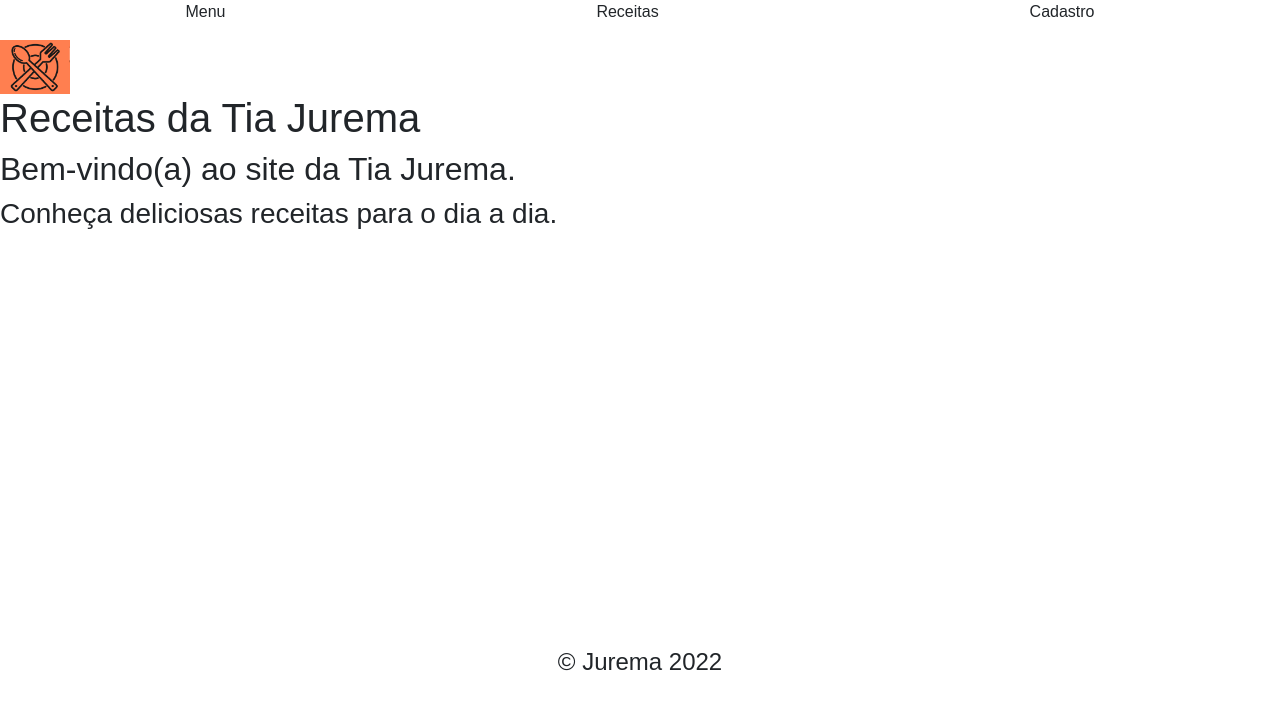
Repository: devropaes/RECEITAS
Page: OneDrive/Área de Trabalho/Estudos/Estácio/receitas/menu.html
An editor plug-in stored every save of this project. The page is shown before and after the next save, followed by the edit.
The browser window is 1280 px wide. The pictures show the whole page.
Some web libraries are served in a nearby version.

Above is the page before, as saved 2024-03-11 23:45:22.

After the next save:
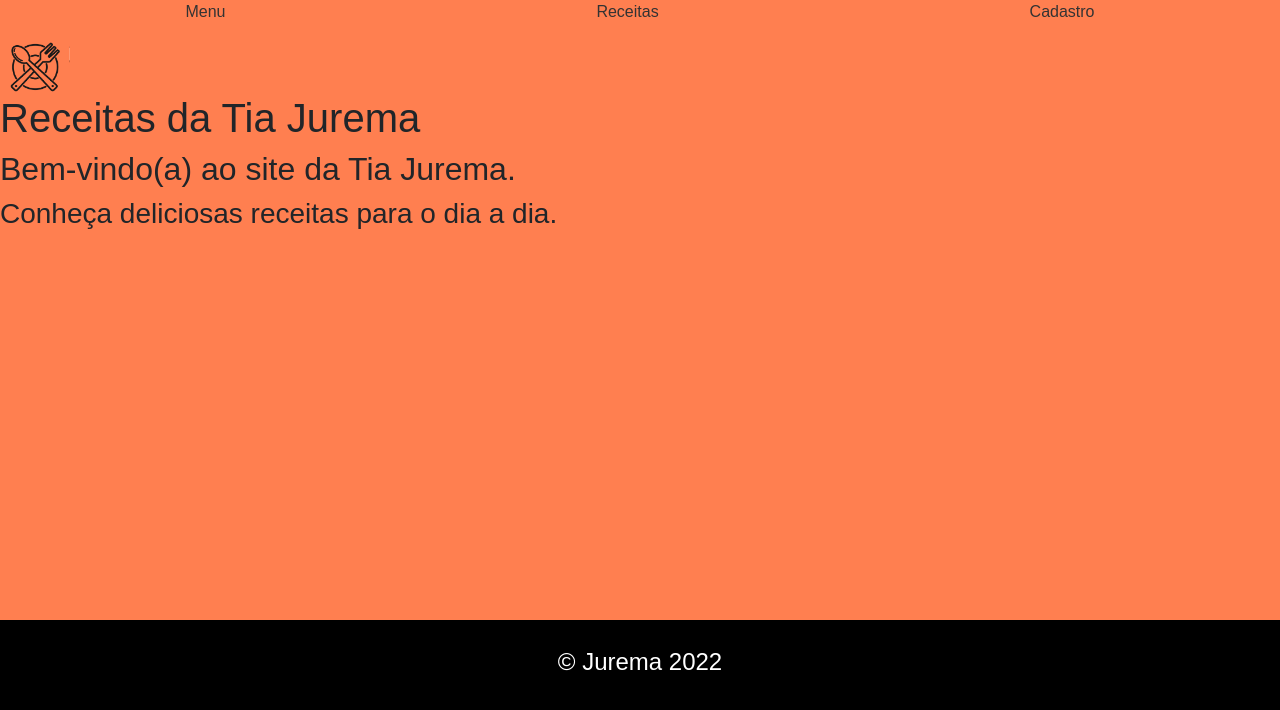
Saved 26 s later.
--- a/OneDrive/Área de Trabalho/Estudos/Estácio/receitas/menu.css
+++ b/OneDrive/Área de Trabalho/Estudos/Estácio/receitas/menu.css
@@ -1,7 +1,7 @@
 
 @import url('https://fonts.googleapis.com/css2?family=Krona+One&family=Montserrat:wght@400;600&display=swap');
 
-: root {
+:root {
     --cor-primaria:#ff7f50;
     --cor-secundaria:#333;
     --cor-terciaria:#000;
